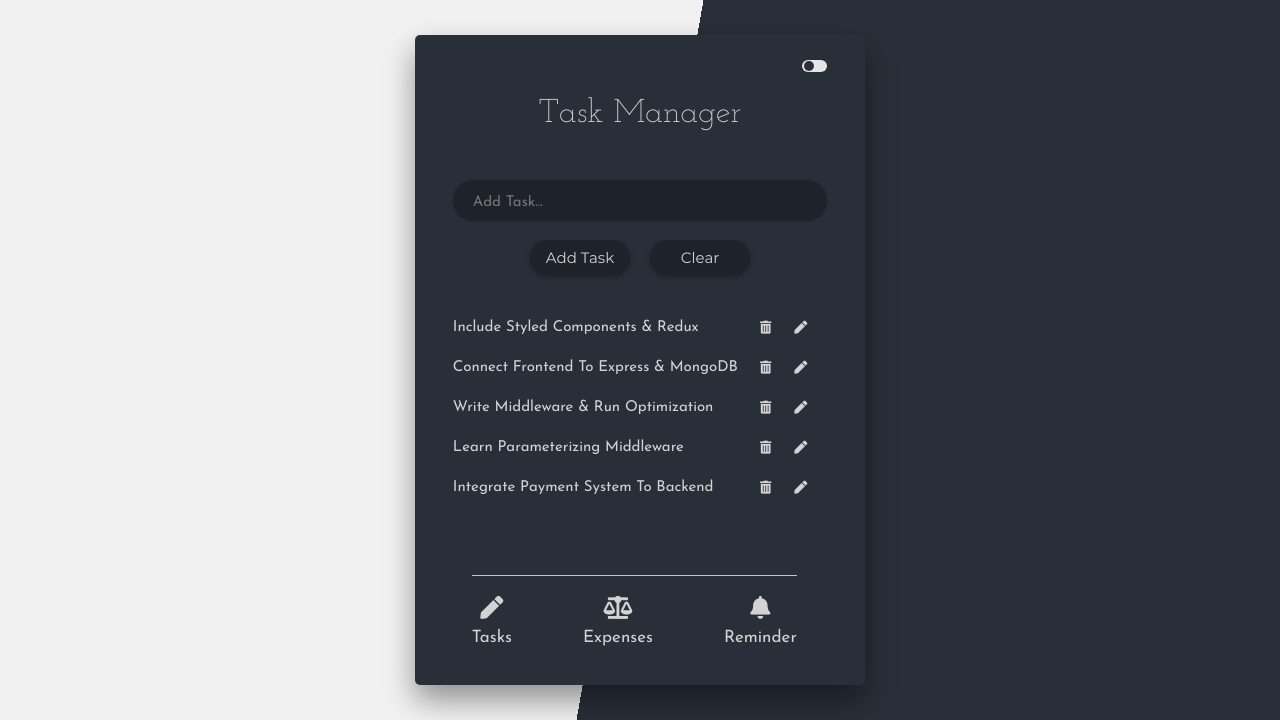
Repository: Kol124/react-task-manager
Page: /
An editor plug-in stored every save of this project. The page is shown before and after the next save, followed by the edit.
The browser window is 1280 px wide. The pictures show the whole page.
The project was rebuilt for these pictures with package versions that can differ from the ones it lists, and the page was loaded fresh each time. Also part of the build but not shown: src/reducer/ExpenseReducer.js, src/context/ExpenseContext.js, src/components/expenses/Balance.js, src/components/expenses/IncomeExpenses.js, src/components/expenses/Transaction.js, src/components/expenses/TransactionList.js, src/components/expenses/AddTransaction.js, src/components/expenses/Expense.js and 1 more.

Above is the page before, as saved 2021-06-25 17:06:07.

After the next save:
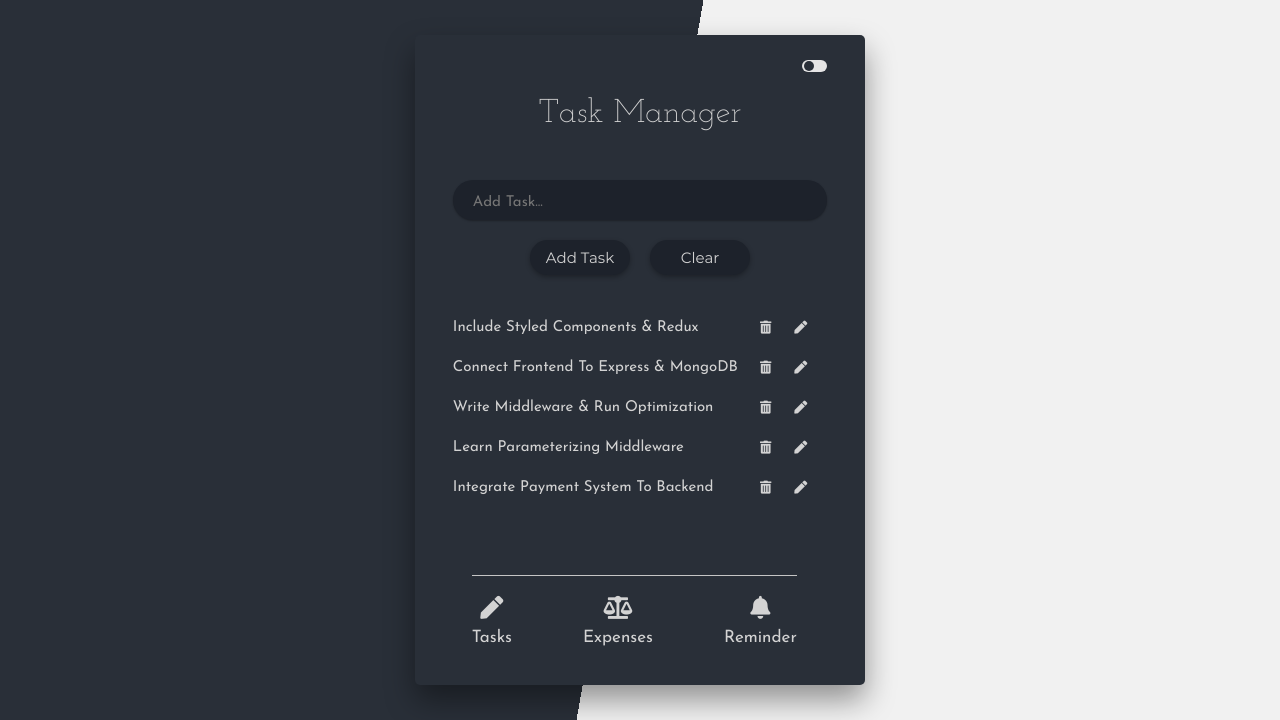
Saved 26 s later.
--- a/src/App.css
+++ b/src/App.css
@@ -19,7 +19,7 @@ html {
   display: flex;
   align-items: center;
   justify-content: center;
-  background: linear-gradient(100deg, #f1f1f1 50%, #292f38 0);
+  background: linear-gradient(100deg, #292f38 50%, #f1f1f1 0);
 }
 
 .app-wrapper {
